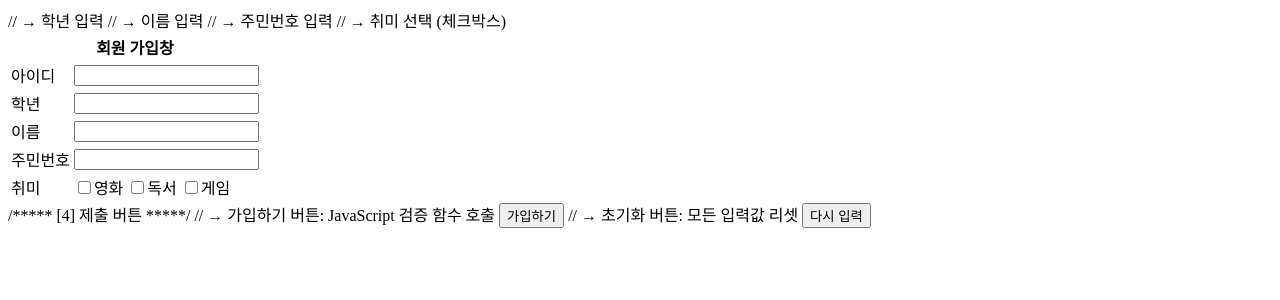
Repository: jrkim-kr/java-web-development
Page: http://localhost/test/WEB-INF/views/student/write.jsp
These files come from the project's save history. The page is drawn as it stood at one moment and after the next save; the edit follows.
The browser window is 1280 px wide. The pictures show the whole page.
The page is served by Tomcat 9. Nobody is signed in. Other server files are loaded and not shown. The template is opened directly, without the code that normally fills it, so the values that code supplies are empty.

Above is the page before, as saved 2024-12-03 07:35:47.

### workspace_sts/test/src/main/webapp/WEB-INF/views/student/write.jsp
<!-- ================================================
* [2] write.jsp (학생 등록 폼)
*================================================ -->

<!-- [1] JSP 기본 설정 -->
<%@ page language="java" contentType="text/html; charset=UTF-8" pageEncoding="UTF-8"%>
<!-- → 한글 처리를 위한 UTF-8 인코딩 설정 -->

<!-- [2] JavaScript 폼 검증 함수 -->
<script>
   function fn_sendMember() {
       // → 폼 객체와 입력값 가져오기
       var frmMember = document.frmMember;
       var id = frmMember.id.value;
       var name = frmMember.name.value;

       // → 아이디 필수 입력 검사
       if (id.trim() == '') {
           alert('아이디는 필수입니다.');
           document.querySelector("input[name='id']").focus();
           return;
       }

       // → 이름 필수 입력 검사
       if (name.length == 0 || name == '') {
           alert('이름은 필수입니다.');
           return;
       }

       // → 검증 통과 시 폼 제출
       frmMember.method = 'post';         // POST 방식 설정
       frmMember.action = 'regist.do';    // 제출할 URL 설정
       frmMember.submit();                // 폼 제출
   }
</script>

<body>
<!-- [3] HTML 폼 구조 -->
<form name="frmMember">
   <table>
       <!-- → 테이블 헤더 -->
       <tr><th colspan="2">회원 가입창</th></tr>

       <!-- → 아이디 입력 -->
       <tr>
           <td>아이디</td>
           <td><input type="text" name="id"></td>
       </tr>

       // → 학년 입력
       <tr>
           <td>학년</td>
           <td><input type="text" name="grade"></td>
       </tr>

       // → 이름 입력
       <tr>
           <td>이름</td>
           <td><input type="text" name="name"></td>
       </tr>

       // → 주민번호 입력
       <tr>
           <td>주민번호</td>
           <td><input type="text" name="jumin"></td>
       </tr>

       // → 취미 선택 (체크박스)
       <tr>
           <td>취미</td>
           <td>
               <input type="checkbox" name="hobbyName" value="영화">영화
               <input type="checkbox" name="hobbyName" value="독서">독서
               <input type="checkbox" name="hobbyName" value="게임">게임
           </td>
       </tr>
   </table>

   /***** [4] 제출 버튼 *****/
   // → 가입하기 버튼: JavaScript 검증 함수 호출
   <input type="button" value="가입하기" onclick="fn_sendMember()">
   // → 초기화 버튼: 모든 입력값 리셋
   <input type="reset" value="다시 입력">
</form>
</body>

After the next save:
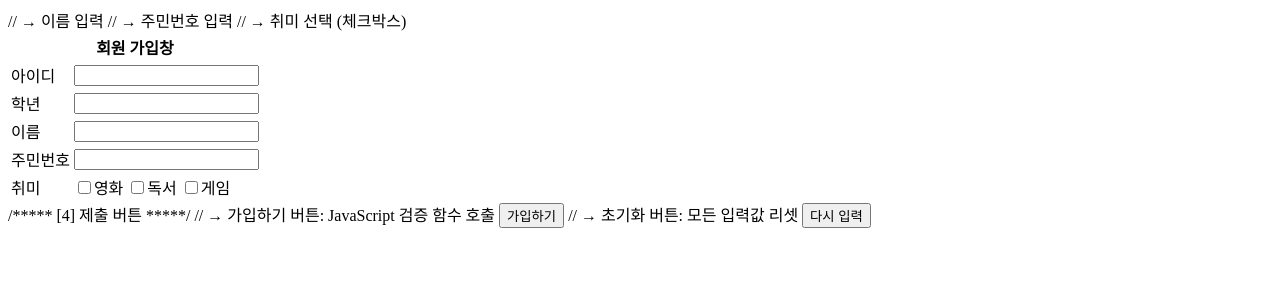
Saved 8 s later.
--- a/workspace_sts/test/src/main/webapp/WEB-INF/views/student/write.jsp
+++ b/workspace_sts/test/src/main/webapp/WEB-INF/views/student/write.jsp
@@ -47,7 +47,7 @@
            <td><input type="text" name="id"></td>
        </tr>
 
-       // → 학년 입력
+       <!-- → 학년 입력 -->
        <tr>
            <td>학년</td>
            <td><input type="text" name="grade"></td>
